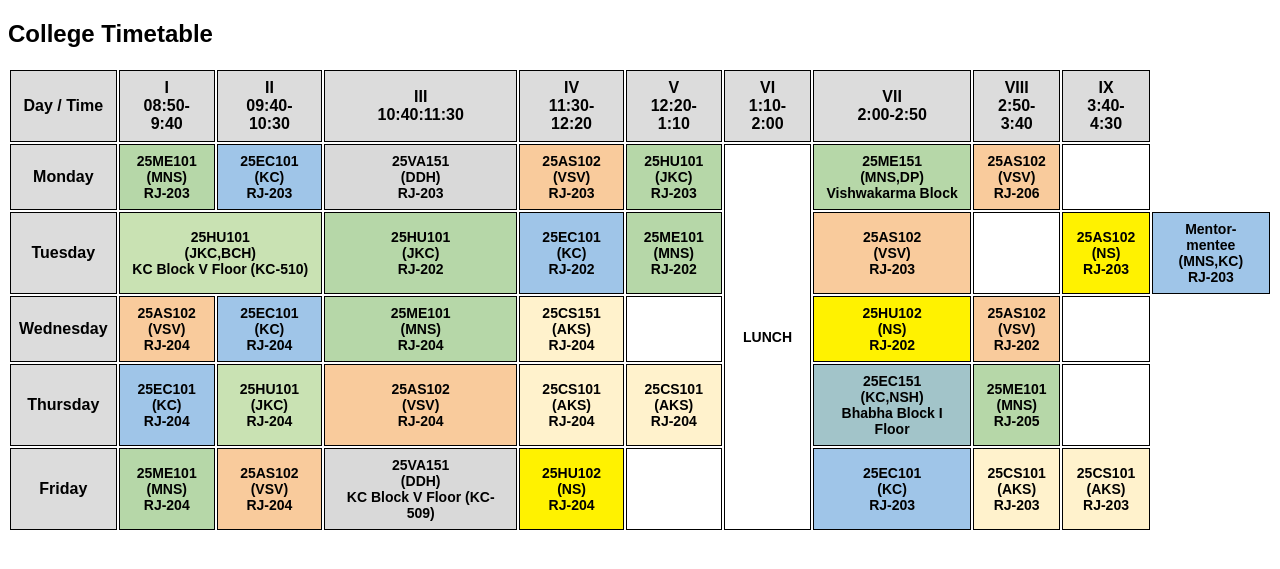
Repository: Glory998/ELCE1-32
Page: experiment3.html
These files come from the project's save history. The page is drawn as it stood at one moment and after the next save; the edit follows.
The browser window is 1280 px wide. The pictures show the whole page.

Above is the page before, as saved 2025-10-25 01:17:56.

After the next save:
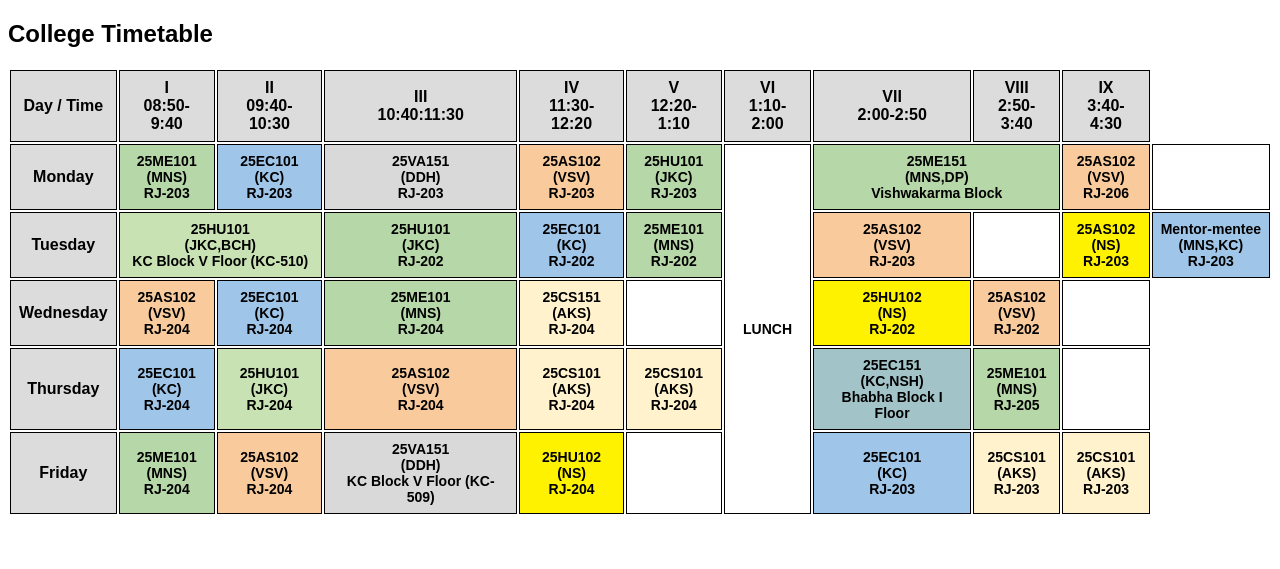
Saved 67 s later.
--- a/experiment3.html
+++ b/experiment3.html
@@ -79,7 +79,7 @@
                                                 <td
                                                 class="green">25HU101<br>(JKC)<br>RJ-203</td>
                                                 <td rowspan="5">LUNCH</td>
-                                                <td
+                                                <td colspan="2"
                                                 class="green">25ME151<br>(MNS,DP)<br>Vishwakarma Block</td>
                                                 <td
                                                 class="orange">25AS102<br>(VSV)<br>RJ-206</td>
